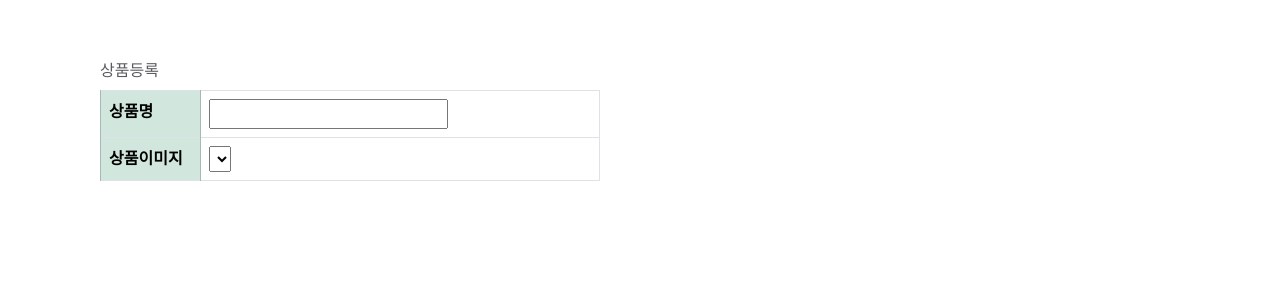
Repository: JunbroGit/SistProject
Page: http://localhost/jsaAjaxProject/quizshop/addForm.jsp
The author's editor kept a copy of each file at every save. The page is drawn from the files as they stood at one save, then again after the next save.
The browser window is 1280 px wide. The pictures show the whole page.
Some web fonts or font styles are not loaded; a fallback is used. The page is served by Tomcat 9. Other server files are loaded and not shown.

Above is the page before, as saved 2024-03-12 06:19:12.

### jspwork/jsaAjaxProject/src/main/webapp/quizshop/addForm.jsp
<%@ page language="java" contentType="text/html; charset=UTF-8"
    pageEncoding="UTF-8"%>
<!DOCTYPE html>
<html>
<head>
<meta charset="UTF-8">
<link href="https://cdn.jsdelivr.net/npm/bootstrap@5.3.2/dist/css/bootstrap.min.css" rel="stylesheet">
<link href="https://fonts.googleapis.com/css2?family=Dongle&family=Gaegu&family=Nanum+Myeongjo&family=Nanum+Pen+Script&family=Noto+Sans+KR:wght@100..900&display=swap" rel="stylesheet">
<script src="https://code.jquery.com/jquery-3.7.0.js"></script>
<title>Insert title here</title>
</head>
<body>
<div style="margin: 50px 100px; width: 500px;">
	<form action="">
		<table class="table table-bordered">
			<caption align="top">상품등록</caption>
				<tr>
					<th class="table-success" width="100">상품명</th>
					<td>
						<input type="text" name="sang_name" required="required">
					</td>
				</tr>
				<tr>
					<th class="table-success" width="100">상품이미지</th>
					<td>
						<select>
							<option value="1"></option>
						</select>
					</td>
				</tr>
		</table>
	</form>
</div>
</body>
</html>

After the next save:
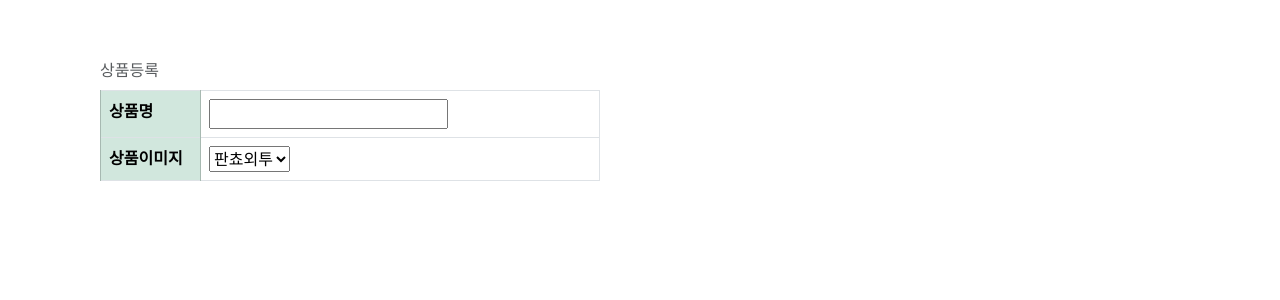
Saved 66 s later.
--- a/jspwork/jsaAjaxProject/src/main/webapp/quizshop/addForm.jsp
+++ b/jspwork/jsaAjaxProject/src/main/webapp/quizshop/addForm.jsp
@@ -24,7 +24,12 @@
 					<th class="table-success" width="100">상품이미지</th>
 					<td>
 						<select>
-							<option value="1"></option>
+							<option value="1">판쵸외투</option>
+							<option value="2">가디건</option>
+							<option value="25">원피스</option>
+							<option value="4"></option>
+							<option value="5"></option>
+							<option value="6"></option>
 						</select>
 					</td>
 				</tr>

After the 2 saves that followed:
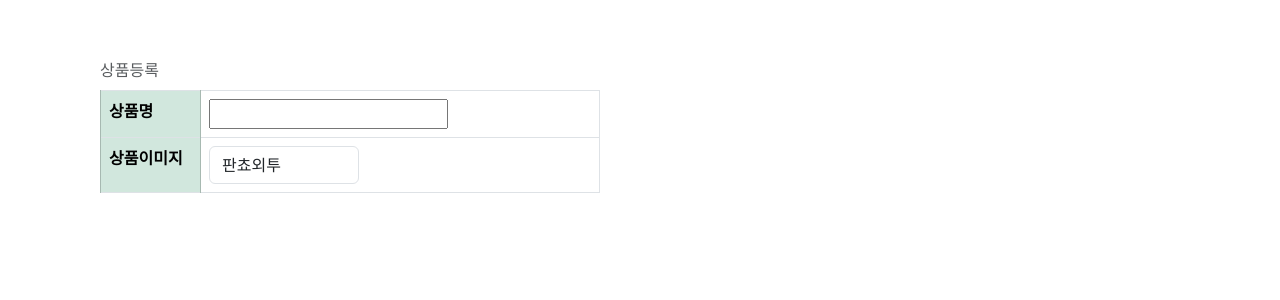
The 2 saves are shown as one change because 1 left the picture as it was.
The last was saved 73 s later.
--- a/jspwork/jsaAjaxProject/src/main/webapp/quizshop/addForm.jsp
+++ b/jspwork/jsaAjaxProject/src/main/webapp/quizshop/addForm.jsp
@@ -23,13 +23,13 @@
 				<tr>
 					<th class="table-success" width="100">상품이미지</th>
 					<td>
-						<select>
+						<select name="photo" class="form-control" style="width: 150px;">
 							<option value="1">판쵸외투</option>
 							<option value="2">가디건</option>
 							<option value="25">원피스</option>
-							<option value="4"></option>
-							<option value="5"></option>
-							<option value="6"></option>
+							<option value="34">반바지</option>
+							<option value="16">스웨이드단화</option>
+							<option value="24">이지팬츠</option>
 						</select>
 					</td>
 				</tr>
